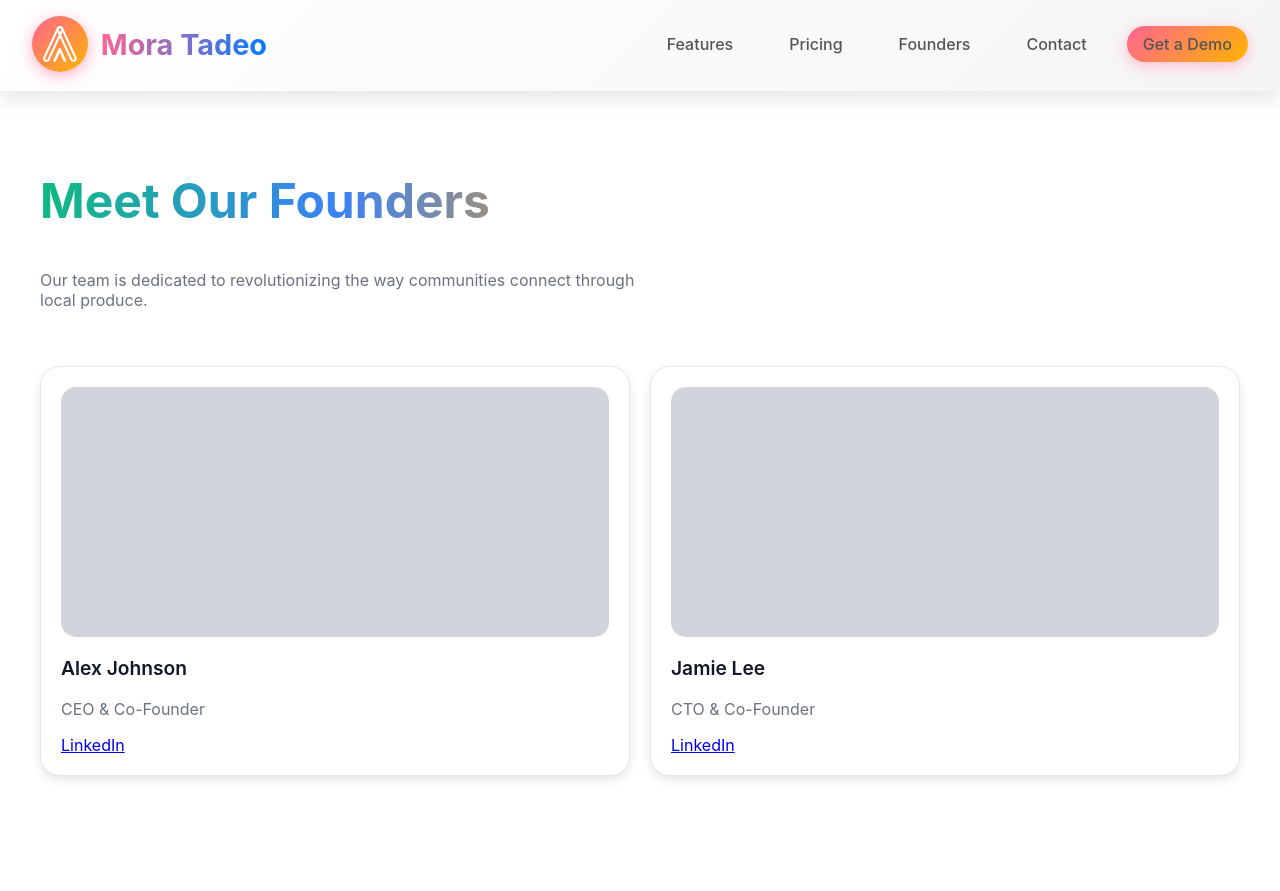
Repository: AbrahamM007/moratadeo
Page: /founders
An editor plug-in stored every save of this project. The page is shown before and after the next save, followed by the edit.
The browser window is 1280 px wide. The pictures show the whole page.
The project was rebuilt for these pictures with package versions that can differ from the ones it lists, and the page was loaded fresh each time. Also part of the build but not shown: src/HeroSection.css, src/HeroSection.js, src/InfoSection.css, src/InfoSection.js, src/RoadmapSection.css, src/RoadmapSection.js, src/DesignPhaseSection.js, src/HeroBanner.js and 7 more.

Above is the page before, as saved 2025-02-15 13:14:10.
Not found: images/alex.jpg
Not found: images/jamie.jpg

### public/index.html
<!DOCTYPE html>
<html lang="en">
  <head>
    <meta charset="utf-8" />
    <link rel="icon" href="mora.png" />
    <meta name="viewport" content="width=device-width, initial-scale=1" />
    <meta name="theme-color" content="#000000" />

    <link rel="apple-touch-icon" href="mora.png" />
    <link rel="manifest" href="%PUBLIC_URL%/manifest.json" />

    <!-- SEO Meta Tags -->
    <meta name="title" content="Mora Tadeo | Development Firm" />
    <meta name="description" content="Mora Tadeo is a leading development firm offering cutting-edge solutions in web development, app design, and technology innovation to elevate your business." />
    <meta name="keywords" content="development firm, web development, app design, Mora Tadeo, software solutions, technology innovation" />
    <meta name="author" content="Mora Tadeo" />
    <meta name="robots" content="index, follow" />
    <meta name="googlebot" content="index, follow" />

    <!-- Open Graph Meta Tags (for social sharing) -->
    <meta property="og:type" content="website" />
    <meta property="og:url" content="https://moratadeo.com" />
    <meta property="og:title" content="Mora Tadeo | Development Firm" />
    <meta property="og:description" content="Discover innovative web and app development solutions with Mora Tadeo. Your trusted partner in driving technology forward." />
    <meta property="og:image" content="https://moratadeo.com/preview-image.png" />
    <meta property="og:site_name" content="Mora Tadeo" />

    <!-- Twitter Card Meta Tags -->
    <meta name="twitter:card" content="summary_large_image" />
    <meta name="twitter:url" content="https://moratadeo.com" />
    <meta name="twitter:title" content="Mora Tadeo | Development Firm" />
    <meta name="twitter:description" content="Mora Tadeo offers state-of-the-art development services to bring your business ideas to life. Partner with us for tailored solutions." />
    <meta name="twitter:image" content="https://moratadeo.com/preview-image.png" />

    <!-- Additional Metadata -->
    <meta name="msapplication-TileColor" content="#ffffff" />
    <meta name="msapplication-config" content="%PUBLIC_URL%/browserconfig.xml" />

    <!-- Title -->
    <title>Mora Tadeo | Development Firm</title>
  </head>
  <body>
    <noscript>You need to enable JavaScript to run this app.</noscript>
    <div id="root"></div>
  </body>
</html>

### src/App.js
import React from "react";
import { BrowserRouter as Router, Routes, Route } from "react-router-dom";
import Navbar from "./Navbar";
import HeroSection from "./HeroSection";
import InfoSection from "./InfoSection";
import RoadmapSection from "./RoadmapSection";
import DesignPhaseSection from "./DesignPhaseSection";
import HeroBanner from "./HeroBanner";
import Footer from "./Footer";
import PricingPage from "./PricingPage";
import ScrollToTop from "./ScrollToTop"; // Import the ScrollToTop component

// Import both FeaturesPage and FeaturePage from the merged file
import { FeaturesPage, FeaturePage } from "./FeaturesPage";

// Import FoundersPage
import FoundersPage from "./FoundersPage";

function App() {
  return (
    <Router>
      <ScrollToTop /> {/* Ensures scroll resets to top on route change */}
      <div className="App">
        <Navbar />
        <Routes>
          {/* Home Page */}
          <Route
            path="/"
            element={
              <>
                <HeroSection />
                <InfoSection />
                <RoadmapSection />
                {/* <HeroBanner /> */}
                <DesignPhaseSection />
                <Footer />
              </>
            }
          />
          {/* Features List */}
          <Route path="/features" element={<FeaturesPage />} />
          {/* Dynamic Feature Detail Page */}
          <Route path="/features/:featureId" element={<FeaturePage />} />
          {/* Pricing Page */}
          <Route path="/pricing" element={<PricingPage />} />
          {/* Founders Page */}
          <Route path="/founders" element={<FoundersPage />} />
        </Routes>
      </div>
    </Router>
  );
}

export default App;

### src/Navbar.js
import React, { useState, useEffect } from "react";
import { Link } from "react-router-dom";
import "./Navbar.css";
import logo from './mora.svg';


const Navbar = () => {
  const [scrolled, setScrolled] = useState(false);
  const [menuOpen, setMenuOpen] = useState(false);

  useEffect(() => {
    const handleScroll = () => {
      setScrolled(window.scrollY > 50);
    };

    window.addEventListener("scroll", handleScroll);
    return () => {
      window.removeEventListener("scroll", handleScroll);
    };
  }, []);

  const toggleMenu = () => {
    setMenuOpen(!menuOpen);
  };

  return (
    <header className={`navbar ${scrolled ? "scrolled" : ""}`}>
      <Link to="/" className="navbar-logo-link">
        <div className="navbar-logo-container">
          <div className="navbar-logo-icon">
          <img src={logo} alt="Logo" className="navbar-logo-image" />

          </div>
          <span className="navbar-logo-text">Mora Tadeo</span>
        </div>
      </Link>
      <button className="navbar-toggle" onClick={toggleMenu}>
        <span className={`hamburger ${menuOpen ? "open" : ""}`}></span>
      </button>
      <nav className={`navbar-menu ${menuOpen ? "open" : ""}`}>
        <Link to="/features" onClick={toggleMenu}>
          Features
        </Link>
        <Link to="/pricing" onClick={toggleMenu}>
          Pricing
        </Link>
        <Link to="/founders" onClick={toggleMenu}>
          Founders
        </Link>
        <a href="https://calendly.com/mora78606/30min?month=2025-01" onClick={toggleMenu}>
          Contact
        </a>
        <a href="https://calendly.com/mora78606/30min?month=2025-01" className="navbar-highlight" onClick={toggleMenu}>
          Get a Demo
        </a>
      </nav>
    </header>
  );
};

export default Navbar;

### src/ScrollToTop.js
import { useEffect } from "react";
import { useLocation } from "react-router-dom";

const ScrollToTop = () => {
  const { pathname } = useLocation();

  useEffect(() => {
    window.scrollTo(0, 0); // Scroll to the top-left of the page
  }, [pathname]);

  return null; // This component does not render anything
};

export default ScrollToTop;

### src/FoundersPage.js
import React from "react";
import { motion } from "framer-motion";
import "./FoundersPage.css";

const founders = [
  {
    name: "Alex Johnson",
    role: "CEO & Co-Founder",
    image: "/images/alex.jpg",
    linkedin: "https://linkedin.com/in/alexjohnson",
  },
  {
    name: "Jamie Lee",
    role: "CTO & Co-Founder",
    image: "/images/jamie.jpg",
    linkedin: "https://linkedin.com/in/jamielee",
  },
];

const FoundersPage = () => {
  return (
    <div className="founders-container">
      {/* Header Section */}
      <div className="header-section">
        <div>
          <h2 className="gradient-text">Meet Our Founders</h2>
          <p className="subtitle">
            Our team is dedicated to revolutionizing the way communities connect through local produce.
          </p>
        </div>
      </div>

      {/* Founders Section */}
      <div className="founders-grid">
        {founders.map((founder, index) => (
          <motion.div
            key={index}
            initial={{ opacity: 0, y: 50 }}
            animate={{ opacity: 1, y: 0 }}
            transition={{ duration: 0.5, delay: index * 0.2 }}
            className="founder-card"
            whileHover={{ scale: 1.05 }}
          >
            <div
              className="founder-image"
              style={{ backgroundImage: `url(${founder.image})` }}
            ></div>
            <h3 className="founder-name">{founder.name}</h3>
            <p className="founder-role">{founder.role}</p>
            <a href={founder.linkedin} className="linkedin-link" target="_blank" rel="noopener noreferrer">
              LinkedIn
            </a>
          </motion.div>
        ))}
      </div>
    </div>
  );
};

export default FoundersPage;

### src/Navbar.css
/* Navbar Container */
.navbar {
    display: flex;
    justify-content: space-between;
    align-items: center;
    padding: 1rem 2rem;
    background: linear-gradient(135deg, #ffffff, #f5f5f5);
    box-shadow: 0 8px 20px rgba(0, 0, 0, 0.1);
    position: sticky;
    top: 0;
    z-index: 1000; /* Ensures navbar stays on top */
    transition: all 0.3s ease;
    border-bottom: 3px solid transparent;
  }

  /* Navbar on Scroll */
  .navbar.scrolled {
    background: #ffffff; /* Plain white background on scroll */
    box-shadow: 0 8px 25px rgba(0, 0, 0, 0.2);
    border-bottom: 3px solid #ddd; /* Subtle border for scroll effect */
    transform: scale(1.01);
  }

  /* Logo Link */
  .navbar-logo-link {
    display: flex;
    align-items: center;
    text-decoration: none; /* Removes underline */
    cursor: pointer;
  }

  /* Logo Container */
  .navbar-logo-container {
    display: flex;
    align-items: center;
    gap: 0.8rem;
  }

  /* Logo Icon */
  .navbar-logo-icon {
    display: flex;
    align-items: center;
    justify-content: center;
    background: linear-gradient(135deg, #ff6491, #ffb400);
    color: #fff;
    font-size: 2rem;
    font-weight: bold;
    height: 3.5rem;
    width: 3.5rem;
    border-radius: 50%;
    box-shadow: 0 4px 15px rgba(255, 100, 145, 0.5);
    transition: transform 0.3s ease;
  }

  .navbar-logo-icon:hover {
    transform: rotate(360deg) scale(1.1);
  }

  /* Logo Text */
  .navbar-logo-text {
    font-size: 1.8rem;
    font-weight: 700;
    color: #333;
    background: linear-gradient(90deg, #ff6491, #007bff);
    -webkit-background-clip: text;
    -webkit-text-fill-color: transparent;
  }

  /* Logo Hover Effect */
  .navbar-logo-link:hover .navbar-logo-container {
    transform: scale(1.05);
    transition: transform 0.3s ease;
  }

  /* Navbar Menu */
  .navbar-menu {
    display: flex;
    gap: 1.5rem;
    transition: transform 0.3s ease, opacity 0.3s ease;
  }

  /* Menu Links */
  .navbar-menu a {
    font-size: 1rem;
    font-weight: 500;
    text-decoration: none; /* Removes underline */
    color: #555;
    padding: 0.5rem 1rem;
    position: relative;
    transition: all 0.3s ease;
  }

  .navbar-menu a:hover {
    color: #ff6491;
  }

  .navbar-menu a::after {
    content: "";
    position: absolute;
    bottom: -5px;
    left: 0;
    width: 0;
    height: 3px;
    background: linear-gradient(90deg, #ff6491, #ffb400);
    transition: width 0.3s ease;
  }

  .navbar-menu a:hover::after {
    width: 100%;
  }

  /* Highlight Link */
  .navbar-highlight {
    font-weight: bold;
    padding: 0.8rem 1.5rem;
    color: #fff;
    background: linear-gradient(135deg, #ff6491, #ffb400);
    border-radius: 50px;
    box-shadow: 0 4px 15px rgba(255, 100, 145, 0.4);
    transition: transform 0.3s ease, background 0.3s ease;
  }

  .navbar-highlight:hover {
    transform: scale(1.1);
    background: linear-gradient(135deg, #ffb400, #ff6491);
  }

  /* Hamburger Menu */
  .navbar-toggle {
    display: none;
    background: none;
    border: none;
    cursor: pointer;
    padding: 0.5rem;
    z-index: 11;
  }

  .hamburger {
    width: 1.5rem;
    height: 2px;
    background: #333;
    position: relative;
    transition: all 0.3s ease;
  }

  .hamburger::before,
  .hamburger::after {
    content: "";
    width: 1.5rem;
    height: 2px;
    background: #333;
    position: absolute;
    left: 0;
    transition: all 0.3s ease;
  }

  .hamburger::before {
    top: -6px;
  }

  .hamburger::after {
    top: 6px;
  }

  .hamburger.open {
    background: transparent;
  }

  .hamburger.open::before {
    transform: rotate(45deg);
    top: 0;
  }

  .hamburger.open::after {
    transform: rotate(-45deg);
    top: 0;
  }
  .navbar-logo-image {
    height: 2.3rem; /* Adjust size to match your design */
    width: 2.3rem;
    /* border-radius: 50%; Optional: Make it circular */
    object-fit: cover; /* Ensures the image scales correctly */

    transition: transform 0.3s ease;
  }

  .navbar-logo-image:hover {
    transform: scale(1.1); /* Slight zoom on hover */
  }


  /* Responsive Menu */
  @media (max-width: 768px) {
    .navbar-menu {
      flex-direction: column;
      position: absolute;
      top: 100%;
      right: 0;
      background: linear-gradient(135deg, #ffffff, #f5f5f5);
      border-radius: 10px;
      box-shadow: 0 8px 20px rgba(0, 0, 0, 0.1);
      transform: translateY(-200%);
      opacity: 0;
      visibility: hidden;
      transition: transform 0.3s ease, opacity 0.3s ease, visibility 0.3s ease;
    }

    .navbar-menu.open {
      transform: translateY(0%);
      opacity: 1;
      visibility: visible;
    }

    .navbar-menu a {
      padding: 1rem;
      text-align: center;
    }

    .navbar-toggle {
      display: block;
    }
  }

### src/DesignPhaseSection.css


:root {
  --blue-color: #007bff;
  --orange-color: #ffb400;
  --gradient: linear-gradient(90deg, var(--blue-color), var(--orange-color));
  --bg-white: #ffffff;
  --line-color: rgba(0,0,0,0.1);
  --card-shadow: rgba(0, 0, 0, 0.1);
 }






 .single-phase-container {
  position: relative;
  width: 100%;
  height: 100vh;
  overflow: hidden;
 }


 /* Navigation Dots */
 .phase-navigation {
  position: absolute;
  bottom: 20px;
  left: 50%;
  transform: translateX(-50%);
  display: flex;
  gap: 15px;
  z-index: 3;
 }


 .nav-dot {
  width: 20px;
  height: 20px;
  border-radius: 50%;
  background: #fff;
  border: 3px solid var(--gradient);
  cursor: pointer;
  transition: transform 0.3s ease, background 0.3s ease;
 }


 .nav-dot.active {
  transform: scale(1.4);
  background: var(--gradient);
 }


 .nav-dot:hover {
  transform: scale(1.2);
 }


 /* Phase Section and Overlay */
 .phase-section {
  position: relative;
  width: 100vw;
  height: 100vh;

  display: flex;
  align-items: center;
  justify-content: center;
  overflow: hidden;
  transition: background 1s ease-in-out;
 }


 .phase-overlay {
  position: absolute;
  width: 120%;
  height: 120%;
  top: -10%;
  left: -10%;
  background: radial-gradient(circle, rgba(255,255,255,0.2), transparent);
  opacity: 0.5;
  pointer-events: none;
  animation: floatOverlay 20s ease-in-out infinite;
  z-index: 1;
 }


 @keyframes floatOverlay {
  0%, 100% { transform: translate(0, 0) rotate(0deg); }
  50% { transform: translate(20px, 20px) rotate(45deg); }
 }


 /* Phase Content with Shimmering Border */
 .phase-content {
  position: relative;
  z-index: 2;
  max-width: 600px;
  padding: 2rem;
  background: rgba(255,255,255,0.8);
  color: #333;
  border-radius: 15px;
  box-shadow: 0 10px 20px var(--card-shadow);
  text-align: center;
  opacity: 0;
  transform: translateY(20px);
  animation: contentFadeIn 1.5s forwards;
 }


 .phase-content::before {
  content: '';
  position: absolute;
  inset: 0;
  border-radius: inherit;
  background: var(--gradient);
  z-index: -1;
  filter: blur(15px);
  opacity: 0.6;
  transform: scale(1.1);
  animation: pulseBorder 3s ease-in-out infinite;
 }


 @keyframes pulseBorder {
  0%, 100% { filter: blur(15px); }
  50% { filter: blur(25px); }
 }


 @keyframes contentFadeIn {
  to { opacity: 1; transform: translateY(0); }
 }


 /* Icon and Text Styling */
 .icon {
  font-size: 4rem;
  margin-bottom: 1rem;
  background: var(--gradient);
  -webkit-background-clip: text;
  -webkit-text-fill-color: transparent;
  animation: spinIcon 10s linear infinite;
 }


 @keyframes spinIcon {
  from { transform: rotate(0deg); }
  to { transform: rotate(360deg); }
 }


 .phase-content h3 {
  font-size: 2rem;
  margin-bottom: 1rem;
  color: var(--blue-color);
 }


 .phase-content p {
  font-size: 1.2rem;
  line-height: 1.6;
  color: #333;
 }


 /* Unique abstract backgrounds and animations for each phase */
 .phase-0 {
  background: radial-gradient(circle at center, rgba(0,123,255,0.1), var(--bg-white)),
              radial-gradient(circle at bottom right, rgba(255,180,0,0.1), transparent);
  animation: bgAnim0 15s ease-in-out infinite;
 }
 .phase-1 {
  background: radial-gradient(circle at top left, rgba(0,123,255,0.1), transparent),
              radial-gradient(circle at bottom right, rgba(255,180,0,0.1), var(--bg-white));
  animation: bgAnim1 20s ease-in-out infinite;
 }
 .phase-2 {
  background: radial-gradient(circle at top right, rgba(0,123,255,0.1), transparent),
              radial-gradient(circle at bottom left, rgba(255,180,0,0.1), var(--bg-white));
  animation: bgAnim2 25s ease-in-out infinite;
 }
 .phase-3 {
  background: radial-gradient(circle at center, rgba(0,123,255,0.1), transparent),
              radial-gradient(circle at center, rgba(255,180,0,0.1), var(--bg-white));
  animation: bgAnim3 30s ease-in-out infinite;
 }


 @keyframes bgAnim0 {
  0%, 100% { background-position: 0% 0%, 100% 100%; }
  50% { background-position: 100% 0%, 0% 100%; }
 }
 @keyframes bgAnim1 {
  0%, 100% { background-position: 0% 100%, 100% 0%; }
  50% { background-position: 100% 100%, 0% 0%; }
 }
 @keyframes bgAnim2 {
  0%, 100% { background-position: 50% 50%, 50% 50%; }
  50% { background-position: 75% 25%, 25% 75%; }
 }
 @keyframes bgAnim3 {
  0%, 100% { background-position: 0% 0%, 100% 100%; }
  50% { background-position: 100% 0%, 0% 100%; }
 }


 /* Responsive adjustments */
 @media (max-width: 768px) {
  .phase-content { padding: 1.5rem; }
  .icon { font-size: 3.5rem; }
  .phase-content h3 { font-size: 1.8rem; }
  .phase-content p { font-size: 1rem; }
 }

### src/FoundersPage.css
.founders-container {
  background: white;
  min-height: 100vh;
  padding: 40px;
}

.header-section {
  display: flex;
  justify-content: space-between;
  align-items: start;
  margin-bottom: 40px;
}

.gradient-text {
  font-size: 3rem;
  font-weight: bold;
  background: linear-gradient(to right, #10b981, #3b82f6, #f59e0b);
  -webkit-background-clip: text;
  -webkit-text-fill-color: transparent;
}

.subtitle {
  color: #6b7280;
  max-width: 600px;
  margin-top: 10px;
}

.gradient-button {
  background: linear-gradient(to right, #10b981, #3b82f6);
  color: white;
  padding: 12px 24px;
  border-radius: 30px;
  box-shadow: 0px 4px 10px rgba(0, 0, 0, 0.1);
  transition: transform 0.3s ease;
  border: none;
  cursor: pointer;
}

.gradient-button:hover {
  transform: scale(1.05);
}

.founders-grid {
  display: grid;
  grid-template-columns: repeat(auto-fit, minmax(300px, 1fr));
  gap: 20px;
}

.founder-card {
  background: white;
  padding: 20px;
  border-radius: 20px;
  box-shadow: 0px 4px 10px rgba(0, 0, 0, 0.1);
  border: 1px solid #e5e7eb;
  transition: box-shadow 0.3s ease;
}

.founder-card:hover {
  box-shadow: 0px 6px 15px rgba(0, 0, 0, 0.15);
}

.founder-image {
  width: 100%;
  height: 250px;
  background: #d1d5db;
  border-radius: 15px;
  margin-bottom: 15px;
}

.founder-name {
  font-size: 1.2rem;
  font-weight: 600;
  color: #111827;
}

.founder-role {
  color: #6b7280;
}

Loaded but not shown: src/index.js (common file); src/index.css (common file); src/reportWebVitals.js (common file)

After the next save:
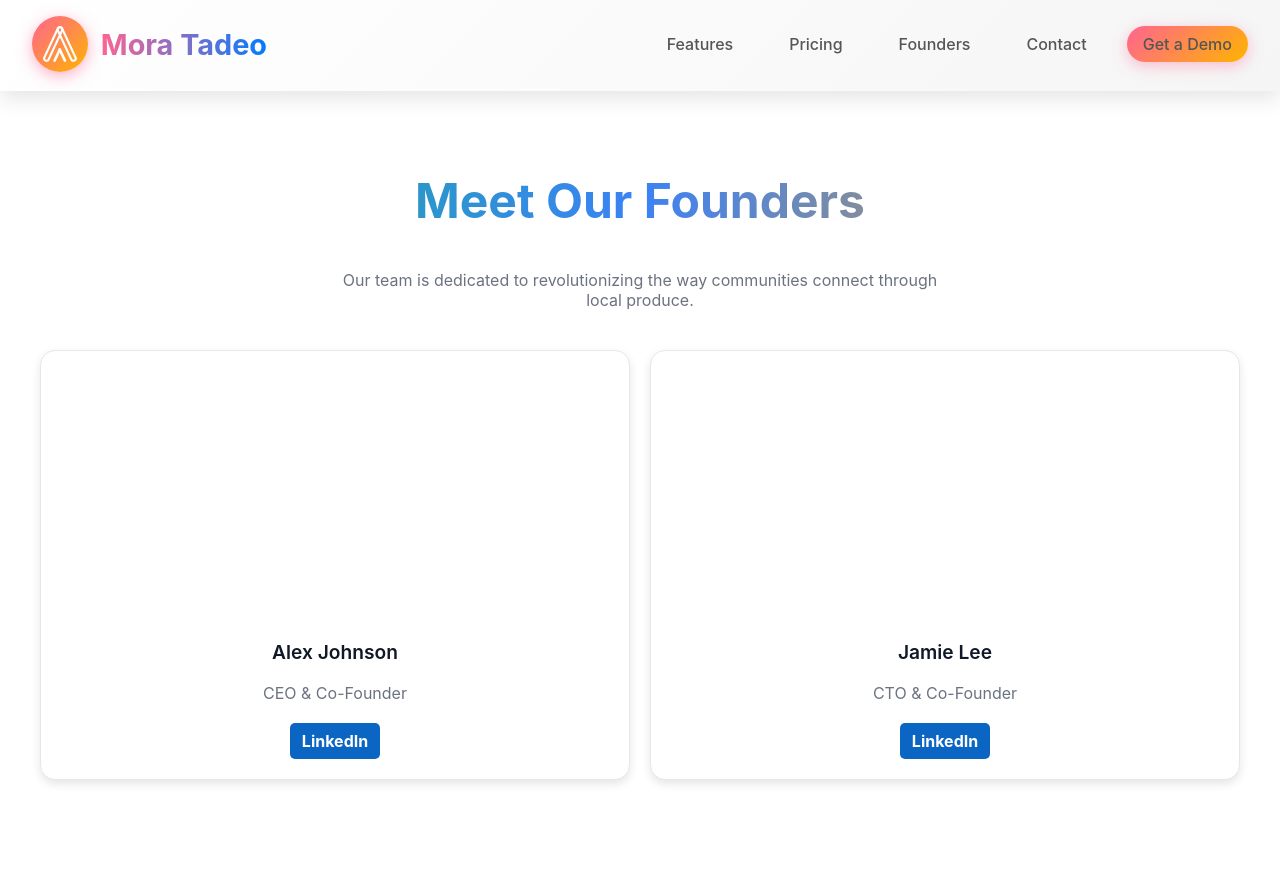
Saved 8 s later.
--- a/src/FoundersPage.css
+++ b/src/FoundersPage.css
@@ -2,12 +2,10 @@
   background: white;
   min-height: 100vh;
   padding: 40px;
+  text-align: center;
 }
 
 .header-section {
-  display: flex;
-  justify-content: space-between;
-  align-items: start;
   margin-bottom: 40px;
 }
 
@@ -22,47 +20,36 @@
 .subtitle {
   color: #6b7280;
   max-width: 600px;
-  margin-top: 10px;
-}
-
-.gradient-button {
-  background: linear-gradient(to right, #10b981, #3b82f6);
-  color: white;
-  padding: 12px 24px;
-  border-radius: 30px;
-  box-shadow: 0px 4px 10px rgba(0, 0, 0, 0.1);
-  transition: transform 0.3s ease;
-  border: none;
-  cursor: pointer;
-}
-
-.gradient-button:hover {
-  transform: scale(1.05);
+  margin: 10px auto;
 }
 
 .founders-grid {
   display: grid;
-  grid-template-columns: repeat(auto-fit, minmax(300px, 1fr));
+  grid-template-columns: repeat(auto-fit, minmax(280px, 1fr));
   gap: 20px;
+  justify-content: center;
 }
 
 .founder-card {
   background: white;
   padding: 20px;
-  border-radius: 20px;
+  border-radius: 15px;
   box-shadow: 0px 4px 10px rgba(0, 0, 0, 0.1);
   border: 1px solid #e5e7eb;
-  transition: box-shadow 0.3s ease;
+  transition: all 0.3s ease;
+  text-align: center;
 }
 
 .founder-card:hover {
   box-shadow: 0px 6px 15px rgba(0, 0, 0, 0.15);
+  transform: translateY(-5px);
 }
 
 .founder-image {
   width: 100%;
   height: 250px;
-  background: #d1d5db;
+  background-size: cover;
+  background-position: center;
   border-radius: 15px;
   margin-bottom: 15px;
 }
@@ -75,4 +62,20 @@
 
 .founder-role {
   color: #6b7280;
+  margin-bottom: 10px;
 }
+
+.linkedin-link {
+  display: inline-block;
+  margin-top: 10px;
+  padding: 8px 12px;
+  background: #0a66c2;
+  color: white;
+  border-radius: 5px;
+  text-decoration: none;
+  font-weight: bold;
+}
+
+.linkedin-link:hover {
+  background: #084a99;
+}
